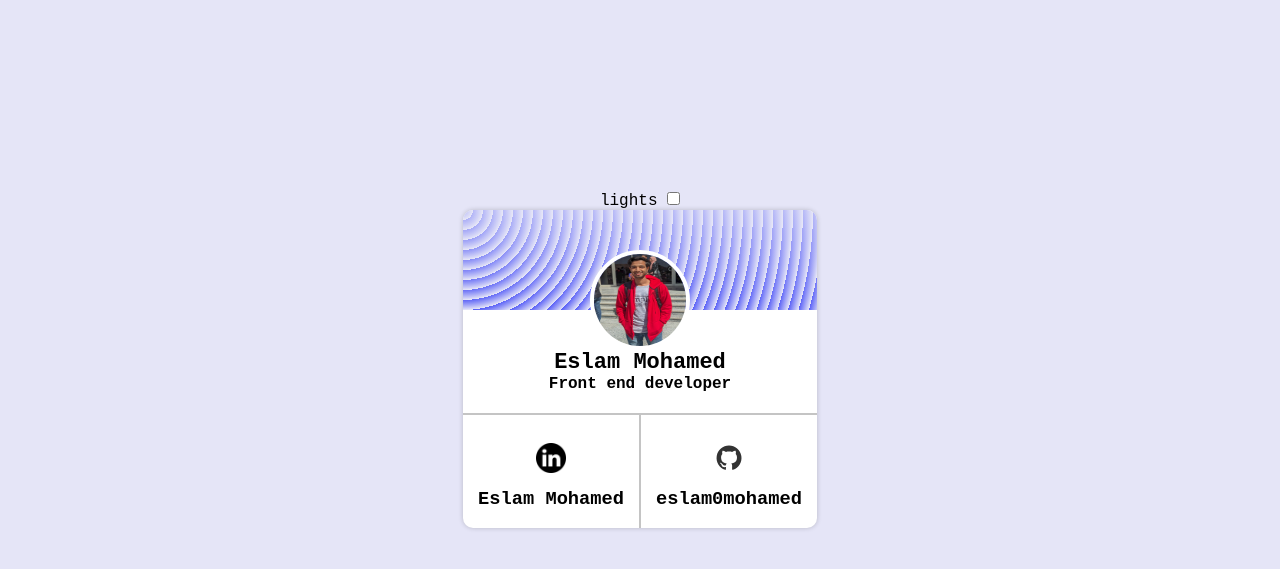
Repository: Eslam0Mohamed/profile-card-component
Page: index.html
The author's editor kept a copy of each file at every save. The page is drawn from the files as they stood at one save, then again after the next save.
The browser window is 1280 px wide. The pictures show the whole page.

Above is the page before, as saved 2024-07-25 19:08:48.

After the next save:
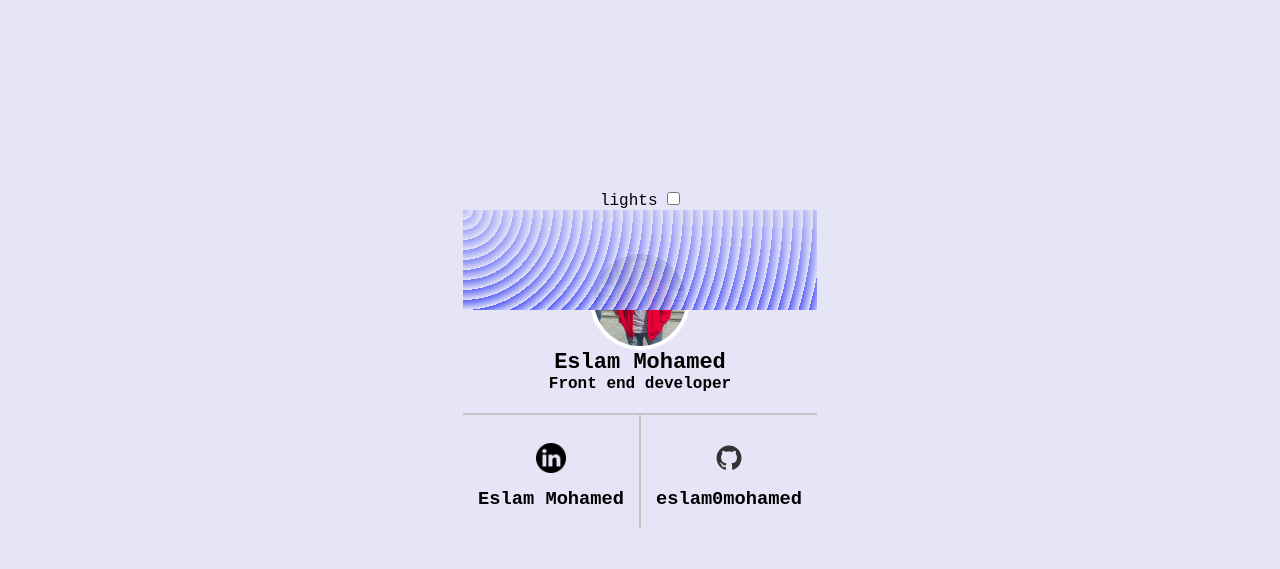
Saved 66 s later.
--- a/style.css
+++ b/style.css
@@ -53,7 +53,7 @@
     background-image: radial-gradient(#444cf7 0.5px, #e5e5f7 0.5px);
     background-size: 10px 10px;
 }
-
+.l
 .card {
     display: flex;
     flex-direction: column;

After the 2 saves that followed:
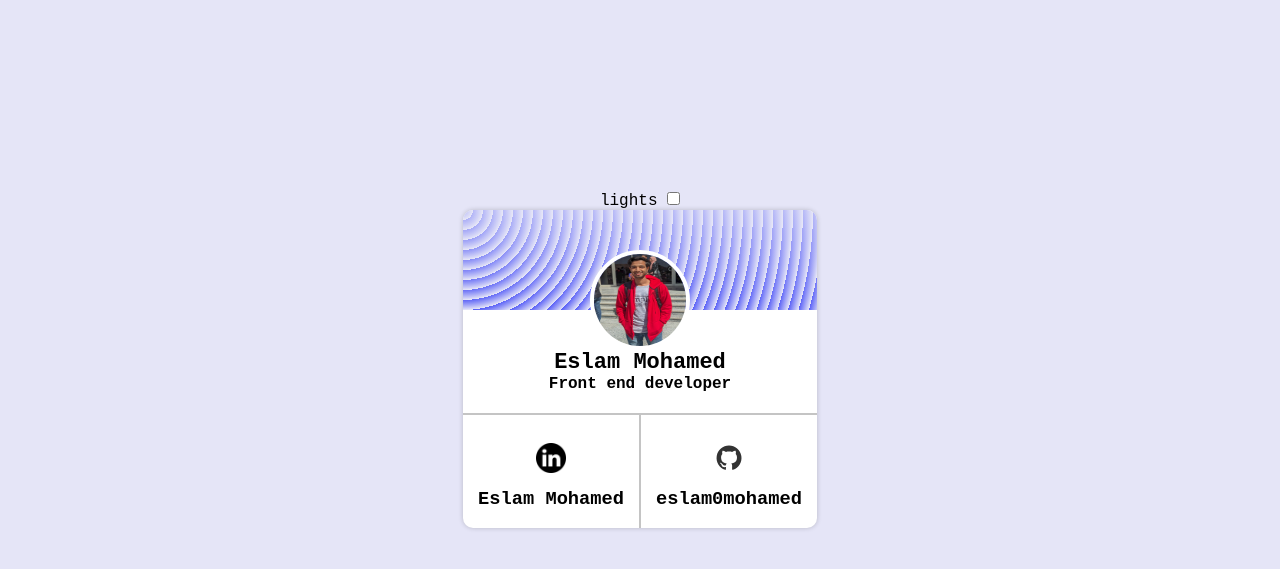
The 2 saves are shown as one change because they came seconds apart.
The last was saved 5 s later.
--- a/style.css
+++ b/style.css
@@ -53,7 +53,9 @@
     background-image: radial-gradient(#444cf7 0.5px, #e5e5f7 0.5px);
     background-size: 10px 10px;
 }
-.l
+.lights-control{
+
+}
 .card {
     display: flex;
     flex-direction: column;
